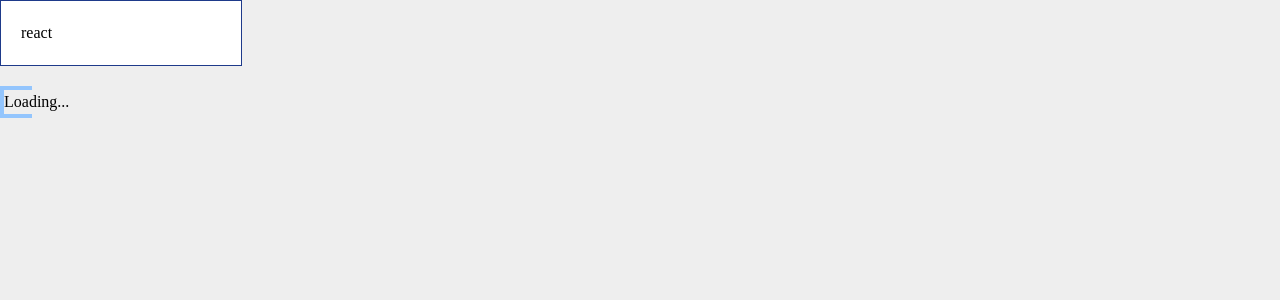
Repository: 16-Doffy/Fe-Khhoahoc
Page: /
An editor plug-in stored every save of this project. The page is shown before and after the next save, followed by the edit.
The browser window is 1280 px wide. The pictures show the whole page.
The page's requests for data from a server got no answer. The project was rebuilt for these pictures with package versions that can differ from the ones it lists, and the page was loaded fresh each time. No one was signed in, and anything a server would have sent is missing. Also part of the build but not shown: src/App.css.

Above is the page before, as saved 2025-01-14 15:13:48.

### src/index.js
import React from 'react';
import ReactDOM from 'react-dom/client';
import './index.css';
import App from './App';
import reportWebVitals from './reportWebVitals';
import "./index.scss"
const root = ReactDOM.createRoot(document.getElementById('root'));
root.render(
  <React.StrictMode>
    <App />
  </React.StrictMode>
);

// If you want to start measuring performance in your app, pass a function
// to log results (for example: reportWebVitals(console.log))
// or send to an analytics endpoint. Learn more: https://bit.ly/CRA-vitals
reportWebVitals();

### src/App.js

import "./App.css";
import HackerNews from "./components/news/HackerNews";



const App = () => {
  return (

    <HackerNews></HackerNews>
  );
};

export default App;













//<CardList><Card2/>
// const theme = {
//   //wanna change color in the future come here to change
//   colors: {
//     blue: "#2979ff",
//   },
//   orange: "#ffa440",
// };
// {/* <ThemeProvider theme={theme}>
// <CardList>
// <Card2 secondary={true}></Card2>
// <Card2 secondary={false}></Card2>
// <Card2 secondary={true}></Card2>
// <Card2 secondary={false}></Card2>
// <Card2 secondary={true}></Card2>
//  </CardList>
// </ThemeProvider> */}

### src/index.scss
@tailwind base;
@tailwind components;
@tailwind utilities;

@layer base {
    @import url("https://fonts.googleapis.com/css2?family=Poppins:ital,wght@0,100;0,200;0,300;0,400;0,500;0,600;0,700;0,800;0,900;1,100;1,200;1,300;1,400;1,500;1,600;1,700;1,800;1,900&display=swap");
    body{
        font-family: "Poppins", serif;
    }
}

### src/components/news/HackerNews.js
import axios from "axios";
import React, { useState, useEffect, useRef } from "react";
// http://hn.algolia.com/api/v1/search?query=react
const HackerNews = () => {
  const [hits, setHits] = useState([]);
    const [query, setQuery] = useState ("react");
    const [loading, setLoading] = useState(true);
    const handleFetchResponse = useRef ({});
    handleFetchResponse.curent = async () => {
      setLoading(true);
    const response = await axios.get(
      `http://hn.algolia.com/api/v1/search?query=${query}`
    );
    console.log(response)
    setHits(response.data?.hits || []);
    setLoading(false);
  };
  useEffect(() => {
    handleFetchResponse.curent();
  }, [query]);
  return (
    <div>
    <input type="text"
        className=" border border-blue-900 text-black p-5 mb-5"
        value={query}
        onChange={(e) => setQuery(e.target.value)}
    />
    {loading && <div className=" loading w-8 h-8 border border-blue-300 border-4
    border-r-0 border-r-transparent">Loading...</div> }
      {!loading &&
      hits.length > 0 &&
        hits.map((item, index) => (
          <h3 key={item.title}>{item.title}</h3>
        ))}
    </div>
  );
};

export default HackerNews;

### tailwind.config.js
/** @type {import('tailwindcss').Config} */
module.exports = {
  mode: "jit",
  content: ["./src/**/*.{html,js}"],
  theme: {
    extend: {
      backgroundImage: {
        'radiant': `linear-gradient(0.25turn, #3f87a6, #ebf8e1, #f69d3c)`,
        'footer-texture': "url('/img/footer-texture.png')", // Sửa ở đây
        'secondary-radiant': `linear-gradient(#e66465, #9198e5)`,
      },
    },
  },
  plugins: [],
}

Loaded but not shown: public/index.html (common file); src/index.css (common file); src/reportWebVitals.js (common file)

After the next save:
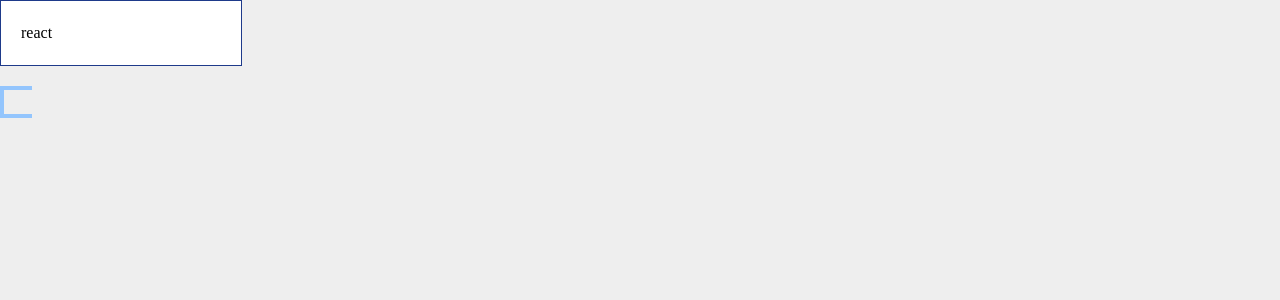
Saved 7 s later.
--- a/src/components/news/HackerNews.js
+++ b/src/components/news/HackerNews.js
@@ -26,7 +26,7 @@ const HackerNews = () => {
         onChange={(e) => setQuery(e.target.value)}
     />
     {loading && <div className=" loading w-8 h-8 border border-blue-300 border-4
-    border-r-0 border-r-transparent">Loading...</div> }
+    border-r-0 border-r-transparent"></div> }
       {!loading &&
       hits.length > 0 &&
         hits.map((item, index) => (
